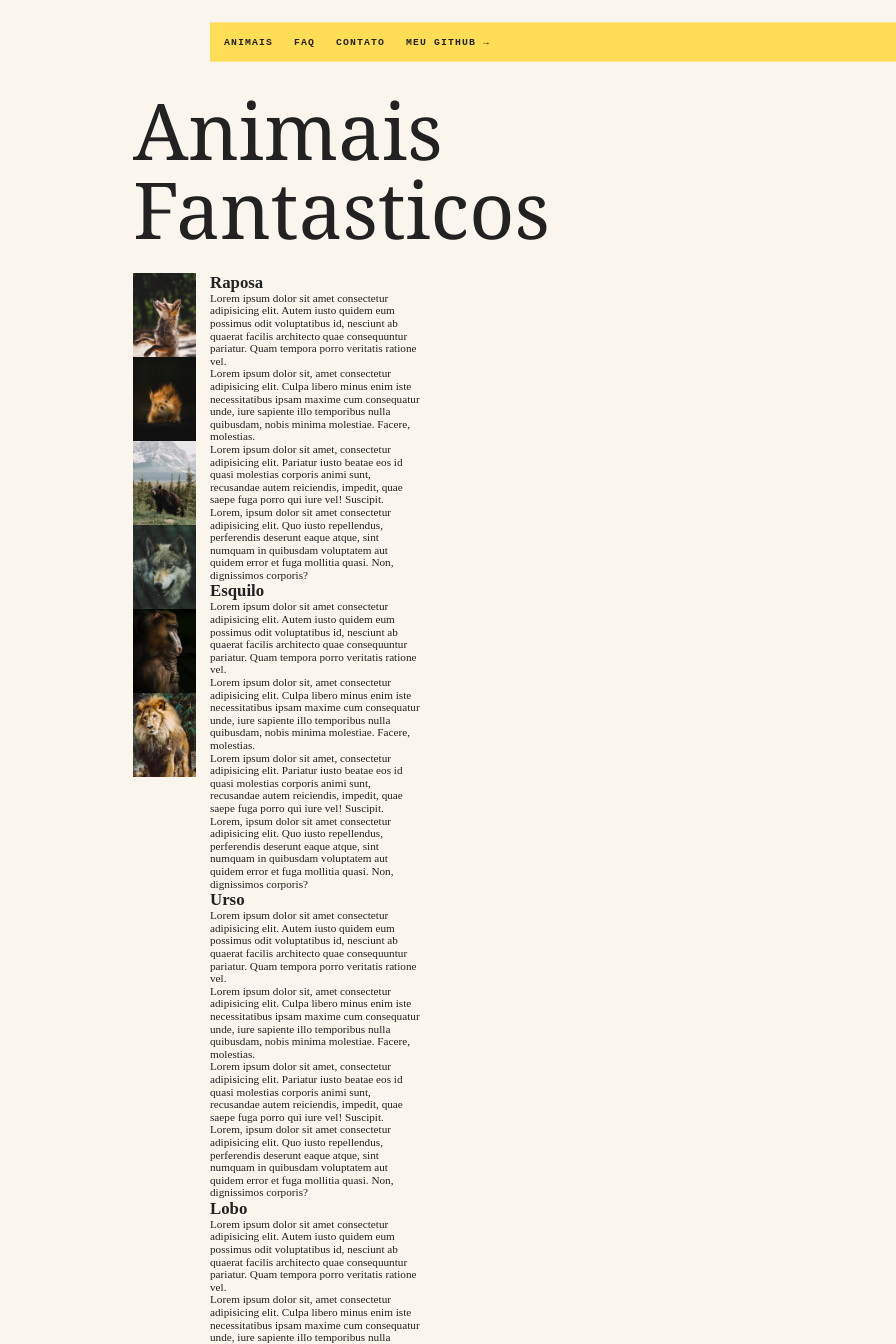
Repository: meiotera/animaisPagina
Page: index.html
The author's editor kept a copy of each file at every save. The page is drawn from the files as they stood at one save, then again after the next save.
The browser window is 1280 px wide. The pictures show the part of the page from y = 0 to 1920 px (the page is 4308 px tall before and 4947 px after), at 70% of full size.

Above is the page before, as saved 2025-05-02 10:04:49.

After the next save:
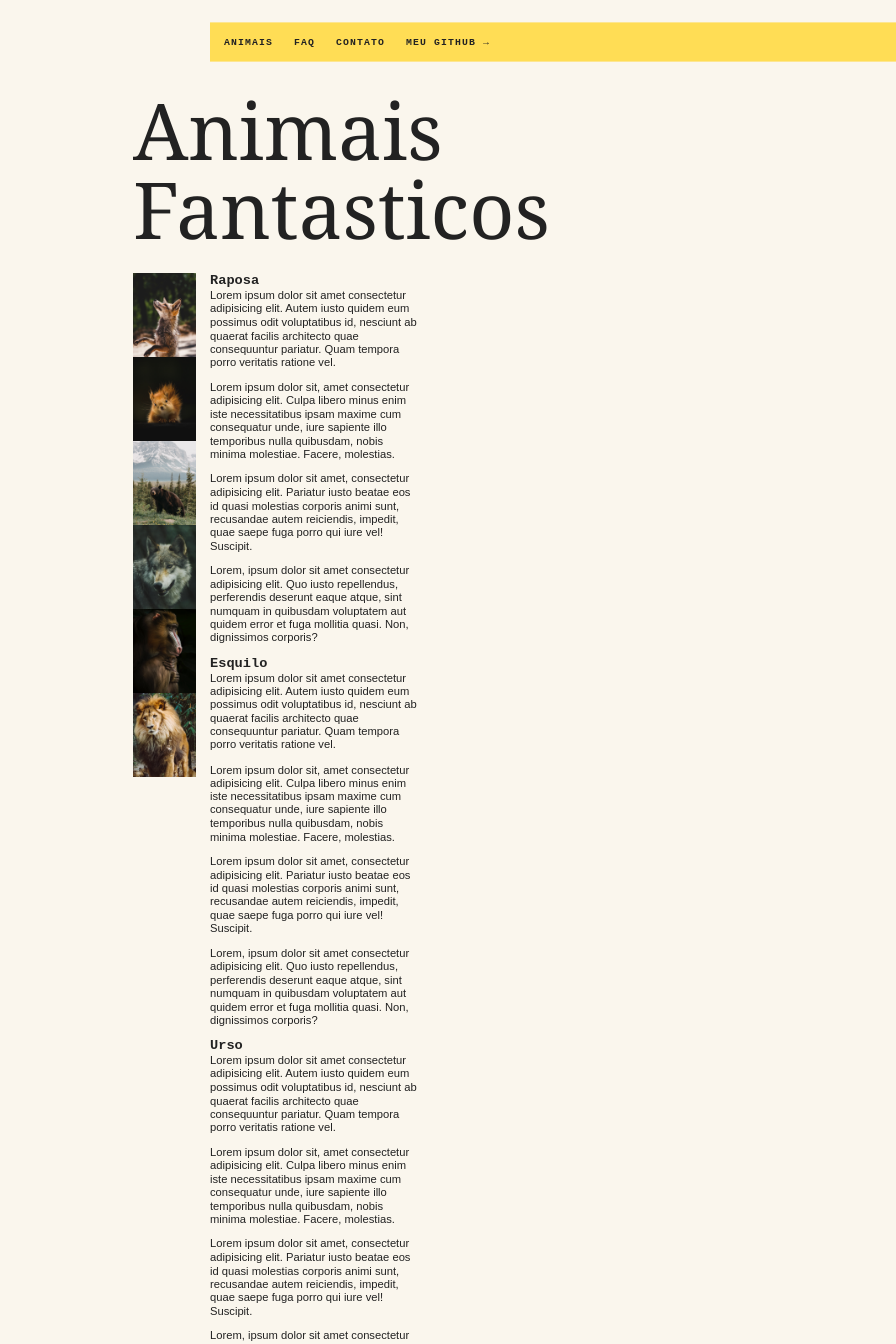
Saved 18 s later.
--- a/css/style.css
+++ b/css/style.css
@@ -76,7 +76,11 @@
   grid-column: 1/4;
 }
 
-.animais h2 .animais p {
+.animais h2 {
+  font-family: monospace;
+}
+
+.animais p {
   font-family: Arial, Helvetica, sans-serif;
   line-height: 1.2;
   margin-bottom: 1rem;
